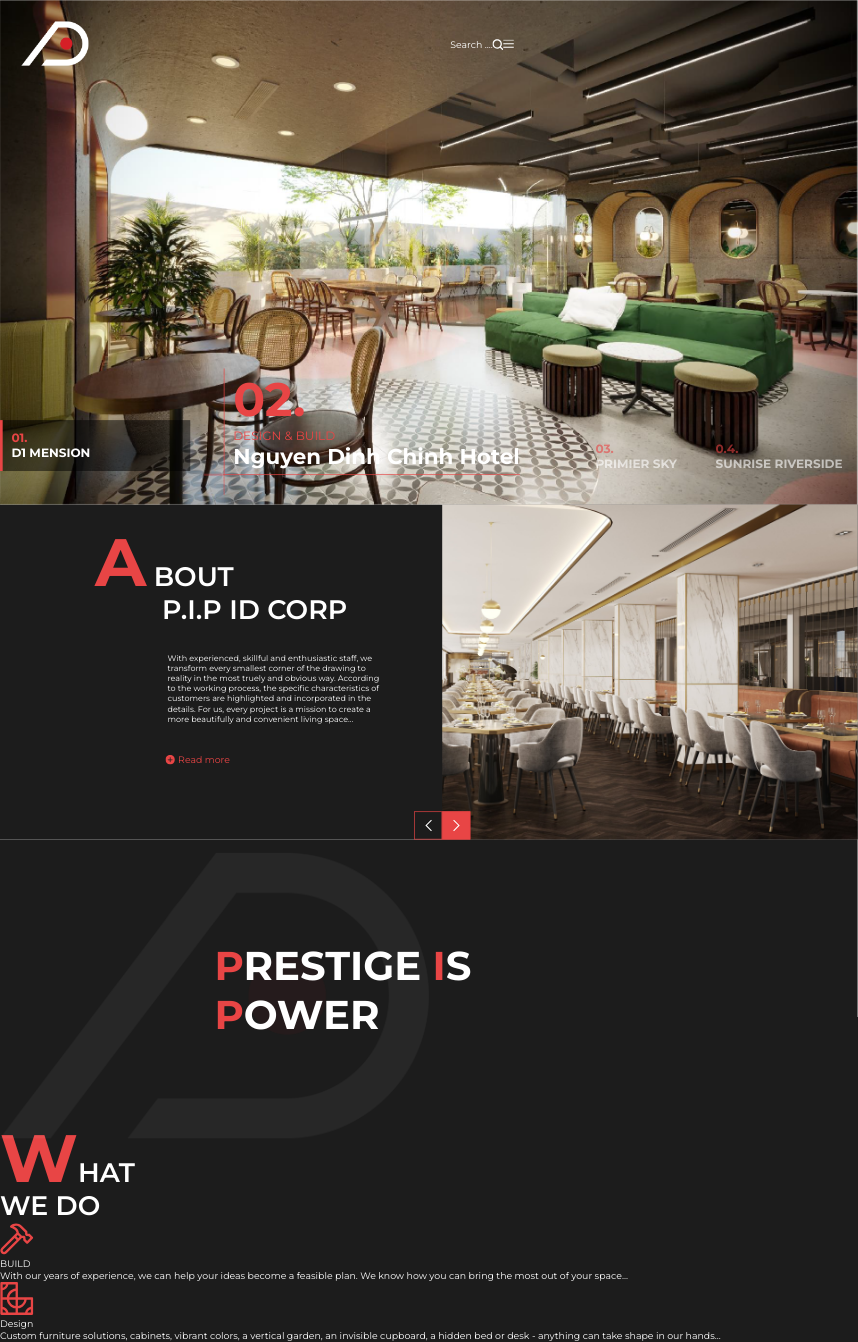
Repository: huudang2840/pipHomePage
Page: index.html
The author's editor kept a copy of each file at every save. The page is drawn from the files as they stood at one save, then again after the next save.
The browser window is 1280 px wide. The pictures show the whole page, at 67% of full size.

Above is the page before, as saved 2023-03-21 15:00:36.

### index.html
<!DOCTYPE html>
<html lang="en">
  <head>
    <meta charset="UTF-8" />
    <meta http-equiv="X-UA-Compatible" content="IE=edge" />
    <meta name="viewport" content="width=device-width, initial-scale=1.0" />
    <title>Pip Home Page</title>

    <!-- CSS -->
    <link rel="stylesheet" href="style/style.css" />

    <!-- Fonts -->
    <link rel="preconnect" href="https://fonts.googleapis.com" />
    <link rel="preconnect" href="https://fonts.gstatic.com" crossorigin />
    <link
      href="https://fonts.googleapis.com/css2?family=Montserrat:wght@400;600;700&display=swap"
      rel="stylesheet"
    />
  </head>
  <body>
    <!-- Header -->
    <header class="header">
      <div class="header__img">
        <img src="/img/logo.png" alt="" />
      </div>
      <div class="header__option">
        <div class="option__search">
          <p>Search ....</p>
          <svg
            width="16"
            height="17"
            viewBox="0 0 16 17"
            fill="none"
            xmlns="http://www.w3.org/2000/svg"
          >
            <path
              d="M15.7189 14.9442L12.6438 11.8691C13.5758 10.6491 14.0869 9.16936 14.0871 7.60786C14.0871 5.72609 13.3542 3.95682 12.0234 2.62623C10.6928 1.29564 8.92376 0.562744 7.04176 0.562744C5.15999 0.562744 3.39072 1.29564 2.06013 2.62623C-0.68671 5.3733 -0.68671 9.84287 2.06013 12.5895C3.39072 13.9203 5.15999 14.6532 7.04176 14.6532C8.60326 14.653 10.0831 14.1419 11.3031 13.2099L14.3781 16.285C14.563 16.4701 14.8059 16.5627 15.0485 16.5627C15.2911 16.5627 15.5339 16.4701 15.7189 16.285C16.0892 15.9148 16.0892 15.3143 15.7189 14.9442ZM3.40091 11.2487C1.39344 9.24124 1.39368 5.97471 3.40091 3.96701C4.37339 2.99476 5.66649 2.4591 7.04176 2.4591C8.41726 2.4591 9.71012 2.99476 10.6826 3.96701C11.6551 4.93949 12.1908 6.23258 12.1908 7.60786C12.1908 8.98336 11.6551 10.2762 10.6826 11.2487C9.71012 12.2212 8.41726 12.7568 7.04176 12.7568C5.66649 12.7568 4.37339 12.2212 3.40091 11.2487Z"
              fill="white"
            />
          </svg>
        </div>
        <div class="option__lang"></div>
        <div class="option__menu">
          <svg
            width="16"
            height="13"
            viewBox="0 0 16 13"
            fill="none"
            xmlns="http://www.w3.org/2000/svg"
          >
            <path
              d="M16 10.9167V12.25H0V10.9167H16ZM16 5.58333V6.91667H0V5.58333H16ZM16 0.25V1.58333H0V0.25H16Z"
              fill="white"
            />
          </svg>
        </div>
        <div class="option__share"></div>
      </div>
    </header>

    <!-- Main -->
    <section>
      <div class="intro">
        <div class="intro__background">
          <img src="/img/page1.png" alt="" srcset="" id="masked" />
        </div>
        <div class="intro__list">
          <div class="list__left">
            <div>
              <span>
                <p>01.</p>
                <p>D1 Mension</p>
              </span>
            </div>
            <div>
              <span id="active_intro">
                <h1>02.</h1>
                <p>Design & build</p>
                <h1>Nguyen Dinh Chinh Hotel</h1>
                <div class="border__box"></div>
              </span>
            </div>
          </div>

          <div class="list__right">
            <div>
              <span>
                <p>03.</p>
                <p>Primier Sky</p>
              </span>
            </div>
            <div>
              <span>
                <p>0.4.</p>
                <p>Sunrise Riverside</p>
              </span>
            </div>
          </div>
        </div>
      </div>
      <div class="about">
        <div class="about__left">
          <span>
            <span>
              <h1><span class="text-red">A</span> bout</h1>
            </span>
            <h1 class="ml-100">P.I.P ID CORP</h1>
          </span>
          <span class="about__left__textaera">
            <p>
              With experienced, skillful and enthusiastic staff, we transform every smallest corner
              of the drawing to reality in the most truely and obvious way. According to the working
              process, the specific characteristics of customers are highlighted and incorporated in
              the details. For us, every project is a mission to create a more beautifully and
              convenient living space…
            </p>
          </span>
          <div class="read-more">
            <svg
              width="14"
              height="14"
              viewBox="0 0 14 14"
              fill="none"
              xmlns="http://www.w3.org/2000/svg"
            >
              <path
                d="M7 0C3.14005 0 0 3.14005 0 7C0 10.86 3.14005 14 7 14C10.86 14 14 10.86 14 7C14 3.14005 10.86 0 7 0ZM10.0625 7.5833H7.5833V10.0625C7.5833 10.3845 7.32204 10.6458 7 10.6458C6.67796 10.6458 6.4167 10.3845 6.4167 10.0625V7.5833H3.9375C3.61546 7.5833 3.3542 7.32204 3.3542 7C3.3542 6.67796 3.61546 6.4167 3.9375 6.4167H6.4167V3.9375C6.4167 3.61546 6.67796 3.3542 7 3.3542C7.32204 3.3542 7.5833 3.61546 7.5833 3.9375V6.4167H10.0625C10.3845 6.4167 10.6458 6.67796 10.6458 7C10.6458 7.32204 10.3845 7.5833 10.0625 7.5833Z"
                fill="#E84545"
              />
            </svg>
            <p>Read more</p>
          </div>
          <div class="arrow_prev">
            <svg
              width="11"
              height="18"
              viewBox="0 0 11 18"
              fill="none"
              xmlns="http://www.w3.org/2000/svg"
            >
              <path d="M10 17L2 9L10 1" stroke="white" stroke-width="1.6" />
            </svg>
          </div>
        </div>
        <div class="about__right">
          <img src="/img/about.jpeg" alt="" />
          <div class="arrow_next">
            <svg
              width="11"
              height="18"
              viewBox="0 0 11 18"
              fill="none"
              xmlns="http://www.w3.org/2000/svg"
            >
              <path d="M1 1L9 9L1 17" stroke="white" stroke-width="1.6" />
            </svg>
          </div>
        </div>
      </div>
      <div class="wedo">
        <div class="wedo__top">
          <div class="wedo__top__logo">
            <img src="/img/logo2.png" alt="" srcset="" />
          </div>
          <h2 class="wedo__top__text"><span>P</span>restige <span>i</span>s <span>P</span>ower</h2>
        </div>
        <div class="wedo__bottom">
          <h1 class="wedo__bottom__text"><span class="text-red">W</span>hat</h1>
          <h1 class="wedo__bottom__text">We do</h1>

          <div class="wedo__bottom__build">
            <svg
              width="50"
              height="48"
              viewBox="0 0 50 48"
              fill="none"
              xmlns="http://www.w3.org/2000/svg"
            >
              <path
                d="M48.9873 21.1033L44.931 17.0479C44.6268 16.7437 44.2209 16.5625 43.7911 16.5386L40.962 16.3804L40.8901 13.6863C40.8782 13.2385 40.6953 12.8113 40.3783 12.4951L32.3717 4.48853C30.1056 2.22241 27.0927 0.973145 23.8875 0.973145C23.8849 0.973145 23.8823 0.973145 23.8798 0.973145C20.6754 0.974854 17.6633 2.22412 15.3989 4.48853C14.9683 4.91919 14.7922 5.54126 14.9341 6.13257C15.0759 6.72559 15.5151 7.20068 16.0936 7.39038C22.7092 9.54797 24.1731 12.4049 24.6757 15.0402L2.11755 37.5984C-0.0357666 39.7517 -0.0357666 43.2551 2.11755 45.4084C4.27087 47.5618 7.77429 47.5618 9.92761 45.4084L28.4667 26.8694C28.4674 26.8686 28.4685 26.8684 28.4692 26.8677C28.47 26.8669 28.4702 26.8659 28.4709 26.8651L32.5843 22.7518L34.5305 22.804L34.6976 25.6372C34.7224 26.0645 34.9036 26.4695 35.2069 26.772L39.2632 30.8274C39.605 31.1692 40.0527 31.3401 40.5005 31.3401C40.9482 31.3401 41.396 31.1692 41.7378 30.8274L48.9873 23.5779C49.3154 23.2498 49.5 22.8054 49.5 22.3406C49.5 21.8757 49.3154 21.4314 48.9873 21.1033ZM38.1523 24.7673L37.978 21.8125C37.9532 21.3853 37.7721 20.9802 37.4688 20.6777L36.6296 19.8386C36.285 19.5467 35.8884 19.3765 35.4393 19.3259L32.6357 19.2507L28.1915 14.8074C27.6429 11.4988 26.0912 7.94067 20.2883 5.26782C21.3983 4.74829 22.6194 4.47485 23.8823 4.47314H23.8875C26.157 4.47314 28.2915 5.35669 29.8971 6.96313L37.4106 14.4758L37.4858 17.3025C37.5493 17.7349 37.6595 18.1839 37.9918 18.4919L37.9952 18.4886C37.9967 18.4901 37.997 18.4922 37.9985 18.4937L38.8265 19.3208C39.1307 19.625 39.5366 19.8062 39.9656 19.8301L42.929 19.9958L45.2754 22.3406L40.5005 27.1155L38.1523 24.7673ZM7.453 42.9338C6.66345 43.7234 5.38171 43.7234 4.59216 42.9338C3.80347 42.1443 3.80347 40.8625 4.59216 40.073L21.8961 22.7691L24.7569 25.6299L7.453 42.9338ZM27.2315 23.1553L24.3707 20.2945L26.5492 18.116L29.41 20.9768L27.2315 23.1553Z"
                fill="#E84545"
              />
            </svg>
            <h3>BUILD</h3>
            <p>
              With our years of experience, we can help your ideas become a feasible plan. We know
              how you can bring the most out of your space...
            </p>
          </div>
          <div class="wedo__bottom__design">
            <svg
              width="50"
              height="50"
              viewBox="0 0 50 50"
              fill="none"
              xmlns="http://www.w3.org/2000/svg"
            >
              <path
                d="M47.75 23.25H26.75V2.25C26.75 1.28357 25.9664 0.5 25 0.5H2.25C1.28357 0.5 0.5 1.28357 0.5 2.25V47.75C0.5 48.7164 1.28357 49.5 2.25 49.5H47.75C48.7164 49.5 49.5 48.7164 49.5 47.75V39V25C49.5 24.0336 48.7164 23.25 47.75 23.25ZM46 37.4081C41.6125 38.1488 38.1488 41.6125 37.4081 46H26.75V39.7627C33.554 38.9605 38.9605 33.554 39.7627 26.75H46V37.4081ZM46 46H40.9713C41.6062 43.5433 43.5433 41.6062 46 40.9713V46ZM4 12.5919C8.3875 11.8512 11.8512 8.3875 12.5919 4H23.25V10.2373C16.446 11.0395 11.0395 16.446 10.2373 23.25H4V12.5919ZM4 4H9.02869C8.3938 6.45667 6.45667 8.3938 4 9.02869V4ZM23.25 26.75V36.226C18.3799 35.4688 14.5312 31.6201 13.774 26.75H23.25ZM26.75 26.75H36.2408C35.4855 31.6218 31.6204 35.4564 26.75 36.2148V26.75ZM23.25 23.25H13.7852C14.5436 18.3796 18.3782 14.5145 23.25 13.7592V23.25ZM4 46V40.9713C6.45667 41.6062 8.3938 43.5433 9.02869 46H4ZM4 37.4081V26.75H10.2373C11.0395 33.554 16.446 38.9605 23.25 39.7627V46H12.5919C11.8512 41.6125 8.3875 38.1488 4 37.4081Z"
                fill="#E84545"
              />
            </svg>
            <h3>Design</h3>
            <p>
              Custom furniture solutions, cabinets, vibrant colors, a vertical garden, an invisible
              cupboard, a hidden bed or desk - anything can take shape in our hands...
            </p>
          </div>
        </div>
      </div>
      <div class="projects"></div>
      <div class="customer"></div>
      <div class="contact"></div>
    </section>

    <!-- Footer -->
    <footer></footer>
  </body>
  <script src="/js/index.js"></script>
</html>

### style/style.css
:root {
  --color-bg: #1c1c1c;
  --color-red: #e84545;
}
* {
  margin: 0;
  padding: 0;
  color: white;
  font-family: "Montserrat", sans-serif;
  font-size: 14px;
  font-weight: 400;
  list-style: none;
}
/* Header */
.header {
  position: fixed;
  display: flex;
  width: 100%;
  background-color: transparent;
  justify-content: space-between;
  align-items: center;
  z-index: 10;
  padding: 32px;
}
.header__img {
  flex: 1;
}
.header__img > img {
  width: 100px;
  height: 66px;
}
#masked {
  z-index: 10;
  /* background-color: black; */
  /* background: radial-gradient(50% 50% at 50% 50%, rgba(0, 0, 0, 0) 0%, #000000 100%); */

  /* -webkit-mask-image: radial-gradient(
    circle at 50% 50%,
    rgb(0, 0, 0) 40%,
    rgba(0, 0, 0, 0.617) 70%
  ); */

  /* -webkit-mask-image: radial-gradient(circle at center, red 0, blue, green 100%); */
}

.header__option {
  flex: 1;
  width: 100px;
  height: 66px;
  display: flex;
  align-items: center;
}

.option__search {
  display: flex;
}
.option__menu {
  width: 50px;
}

/* Intro */
.intro {
  position: relative;
}
.intro__background {
  height: 100%;
  width: 100%;
}

.intro__background > img {
  width: 100%;
  object-fit: cover;
  display: block;
}
.intro__list {
  display: flex;
  width: 100%;
  position: absolute;
  bottom: 50px;
  justify-content: space-between;
}

.intro__list span {
  height: 100%;
  display: flex;
  flex-direction: column;
  justify-content: center;
  padding-left: 13px;
}
.intro__list span > * {
  font-size: 18px;
  font-weight: 700;
  text-transform: uppercase;
  z-index: 10;
}
.intro__list span > p:nth-child(1) {
  color: var(--color-red);
}
.list__left {
  display: flex;
  flex: 2;
}
.list__left div:nth-child(1) {
  height: 76px;
  width: 280px;
  align-self: end;
  border-left: 4px solid var(--color-red);
  background: rgb(0, 0, 0, 0.5);
}

.list__right {
  display: flex;
  flex: 1;
  align-self: flex-end;
  opacity: 0.6;
  justify-content: space-around;
}

#active_intro {
  margin-left: 50px;
  border-bottom: 1px solid var(--color-red);
  border-left: 1px solid var(--color-red);
  position: relative;
  padding-bottom: 5px;
}
#active_intro h1:nth-child(1) {
  font-size: 70px;
  color: var(--color-red);
}
#active_intro p {
  font-size: 18px;
  font-weight: 400;
  color: var(--color-red);
}
#active_intro h1:nth-child(3) {
  font-size: 32px;
  text-transform: none;
}

.border__box {
  position: absolute;
  left: -31px;
  bottom: -31px;
  height: 30px;
  width: 30px;
  border-top: 1px solid var(--color-red);
  border-right: 1px solid var(--color-red);
}
/* About */
.about {
  background-color: var(--color-bg);
  display: flex;
  height: 500px;
}
.about__left {
  flex: 1;
  padding-top: 60px;
  display: flex;
  flex-direction: column;
  align-items: center;
  position: relative;
}
.arrow_prev {
  display: flex;
  position: absolute;
  height: 40px;
  width: 40px;
  border: 1.6px solid var(--color-red);
  align-items: center;
  justify-content: center;
  bottom: 0;
  right: 0;
}
.text-red {
  font-weight: 700;
  font-size: 100px;
  /* line-height: 195px; */
  color: var(--color-red);
}
.about__left h1 {
  font-weight: 600;
  font-size: 40px;
  text-transform: uppercase;
  line-height: 50px;
}
.text-about {
  display: flex;
}
.about__right {
  flex: 1;
  position: relative;
}
.arrow_next {
  display: flex;
  position: absolute;
  height: 40px;
  width: 40px;
  border: 1.6px solid var(--color-red);
  background-color: var(--color-red);
  align-items: center;
  justify-content: center;
  bottom: 0;
  left: 1;
}
.about__right > img {
  height: 100%;
  width: 100%;
  object-fit: cover;
}
.about__left__textaera {
  margin-top: 40px;
}
.about__left__textaera p {
  margin-left: 250px;
  margin-right: 90px;
  width: 320px;
  overflow-wrap: break-word;
  font-size: 12px;
}
.read-more {
  display: flex;
  margin-top: 45px;
  margin-right: 70px;
  align-items: center;
}
.read-more p {
  margin-left: 5px;
  color: var(--color-red);
}
.ml-100 {
  margin-left: 100px;
}

/* Wedo */
.wedo {
  background-color: var(--color-bg);
}
.wedo__top {
  position: relative;
  width: 100%;
}

.wedo__top__logo {
  padding-top: 20px;
  opacity: 0.05;
  width: 50%;
}
.wedo__top__text {
  position: absolute;
  top: 50%;
  left: 50%;
  /* width: 100%; */
  transform: translate(-50%, -50%);
  font-weight: 700;
  font-size: 60px;
  text-transform: uppercase;
}

.wedo__top__text span {
  font-weight: 700;
  font-size: 60px;
  color: var(--color-red);
}

.wedo__top__logo img {
  width: 100%;
  height: 100%;
}

.wedo__bottom h1 {
  font-weight: 600;
  font-size: 40px;
  text-transform: uppercase;
  line-height: 50px;
}

Loaded but not shown: js/index.js (no copy from this time; the picture is the same without it)

After the next save:
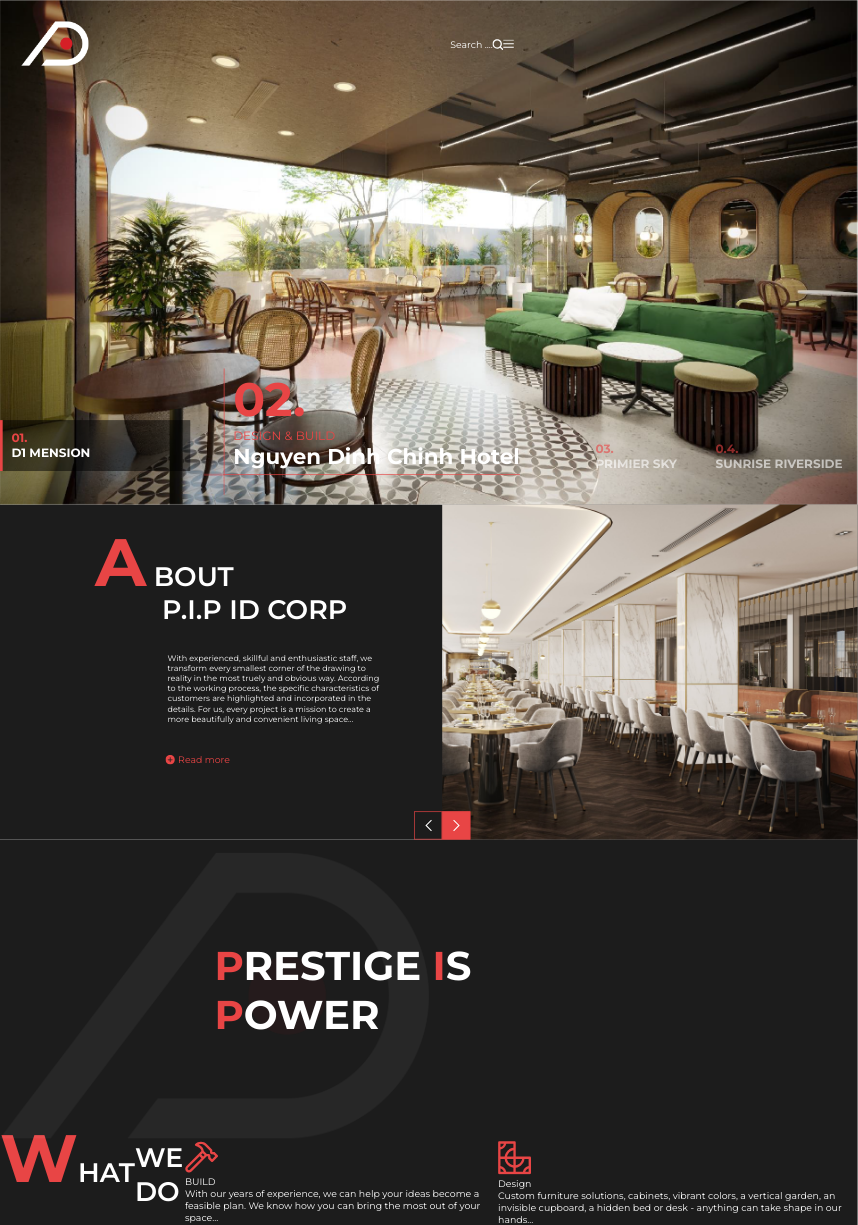
Saved 27 s later.
--- a/style/style.css
+++ b/style/style.css
@@ -266,6 +266,9 @@
   width: 100%;
   height: 100%;
 }
+.wedo__bottom {
+  display: flex;
+}
 
 .wedo__bottom h1 {
   font-weight: 600;
